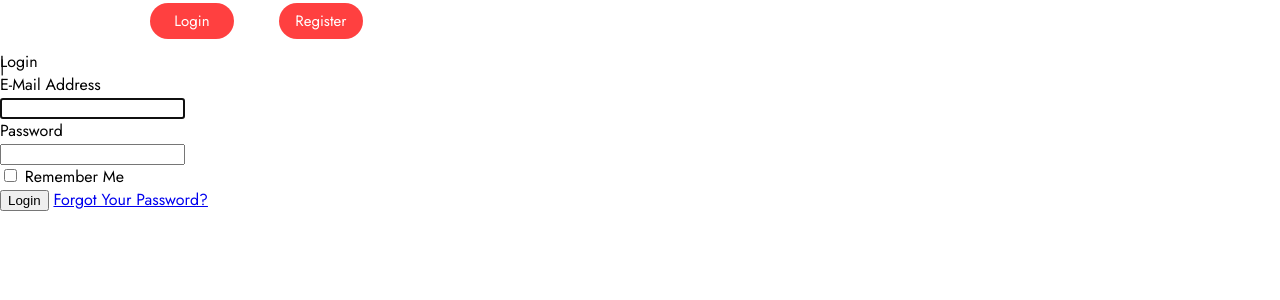
Repository: PatryxB/bikeService
Page: http://localhost/login
These files come from the project's save history. The page is drawn as it stood at one moment and after the next save; the edit follows.
The browser window is 1280 px wide. The pictures show the whole page.
The page is served by the project's Laravel application, run on PHP 8.4 with Laravel 8. Style sheets and scripts are compiled from the project's sources, by tool versions that may differ from the author's.

Above is the page before, as saved 2020-05-01 16:01:09.

After the next save:
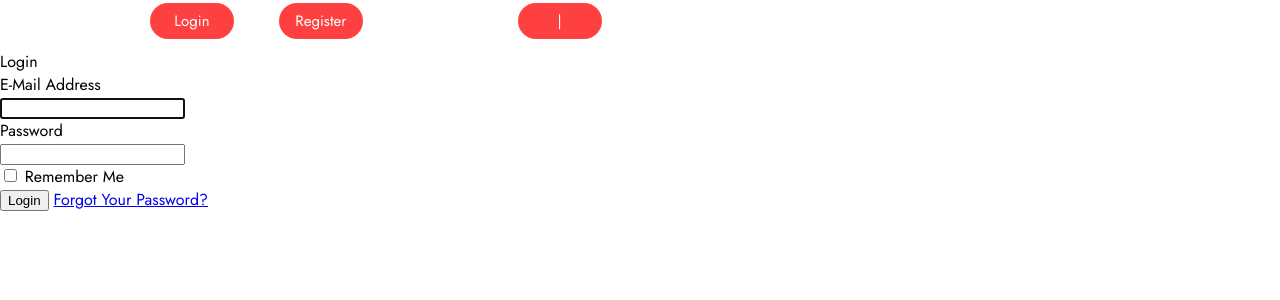
Saved 15 s later.
--- a/resources/views/layouts/app.blade.php
+++ b/resources/views/layouts/app.blade.php
@@ -33,7 +33,7 @@
                     @endif
                 @endauth
             @endif
-            <p role="button" class="arr-down">|</p>
+            <a role="button" class="arr-down">|</a>
         </nav>
         <main>
             @yield('content')

After the save that followed:
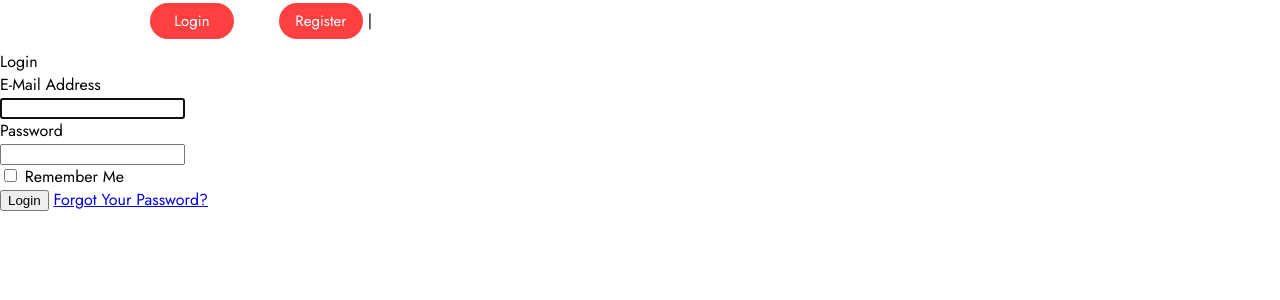
Saved 57 s later.
--- a/resources/sass/app.scss
+++ b/resources/sass/app.scss
@@ -25,7 +25,7 @@ nav{
     width: 100%;
     height: 7vh;
 }
-nav a{
+nav a:nth-child(1), nav a:nth-child(2){
     margin-top: 3px;
     text-decoration: none;
     display: inline-block;
